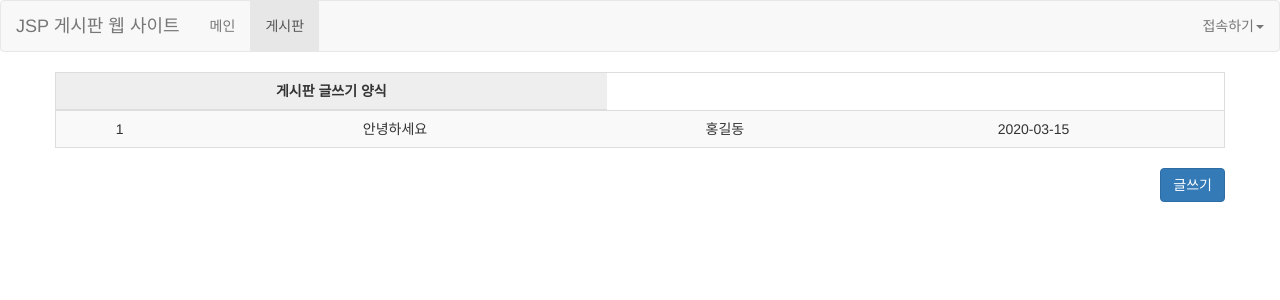
Repository: jk4g2/JSP_BBS
Page: http://localhost/BBS/view.jsp
These files come from the project's save history. The page is drawn as it stood at one moment and after the next save; the edit follows.
The browser window is 1280 px wide. The pictures show the whole page.
Some web libraries are served in a nearby version. The page is served by Tomcat 9.

Above is the page before, as saved 2020-03-15 23:14:59.

After the next save:
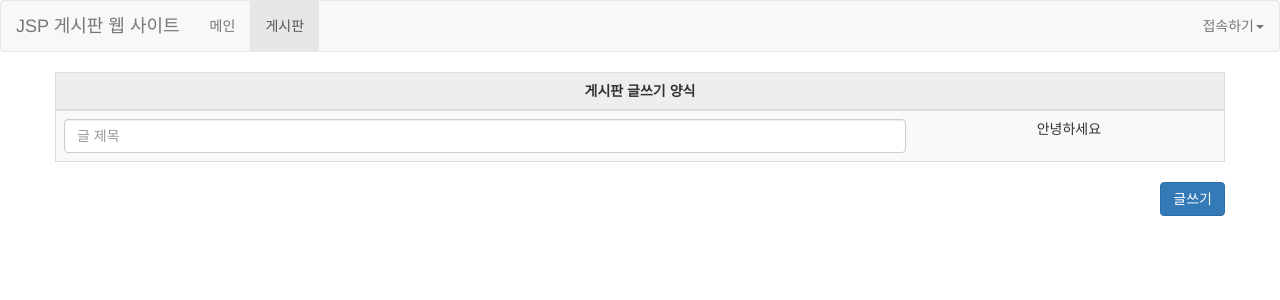
Saved 80 s later.
--- a/BBS/WebContent/view.jsp
+++ b/BBS/WebContent/view.jsp
@@ -76,10 +76,8 @@
 				</thead>
 				<tbody>
 					<tr>
-						<td>1</td>
+						<td><input type="text" class="form-control" placeholder="글 제목" name="bbsTitle" maxlength="50"></td>
 						<td>안녕하세요</td>
-						<td>홍길동</td>
-						<td>2020-03-15</td>
 					</tr>
 				</tbody>
 			</table>
